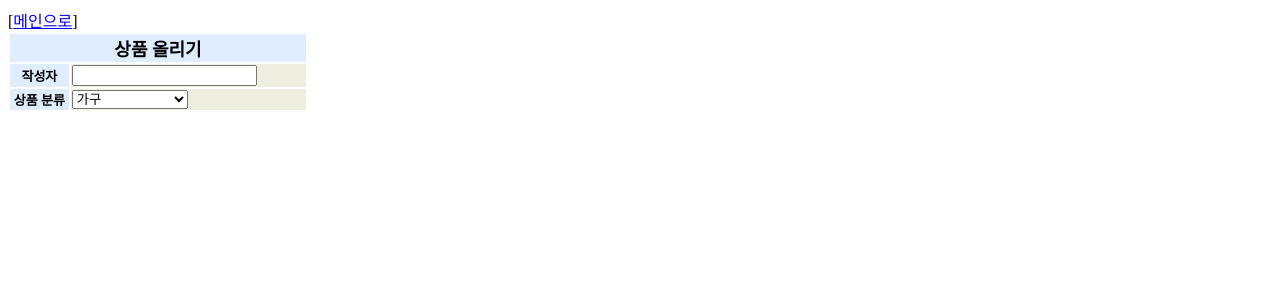
Repository: severrepair/JSPproject
Page: Shop/src/main/webapp/product_write.html
The author's editor kept a copy of each file at every save. The page is drawn from the files as they stood at one save, then again after the next save.
The browser window is 1280 px wide. The pictures show the whole page.

Above is the page before, as saved 2022-12-02 00:47:28.

After the next save:
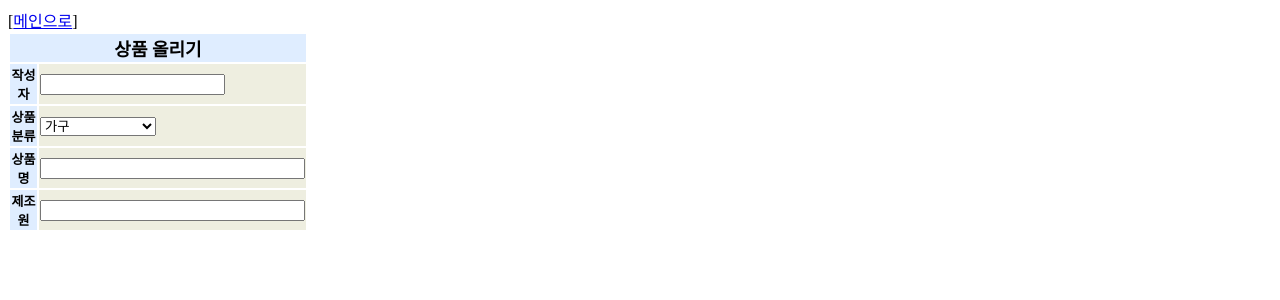
Saved 4 min 58 s later.
--- a/Shop/src/main/webapp/product_write.html
+++ b/Shop/src/main/webapp/product_write.html
@@ -49,7 +49,23 @@ function check(f) {
 					<OPTION value=88>기타
 				</SELECT>
 			</FONT>
+		</TD>
 	</TR>
+	<TR>
+		<TH width=20% bgcolor=#DFEDFF>
+			<FONT size=-1 color=black>상품명</FONT></TH>
+		<TD bgcolor=#eeeee>
+			<INPUT type=text name=pname size=30>
+		</TD>
+	</TR>
+	<TR>
+		<TH width=20% bgcolor=#DFEDFF>
+			<FONT size=-1 color=black>제조원</FONT></TH>
+		<TD bgcolor=#eeeee>
+			<INPUT type=text name=sname size=30>
+		</TD>
+	</TR>
+
 </TABLE>
 </FORM>
 
